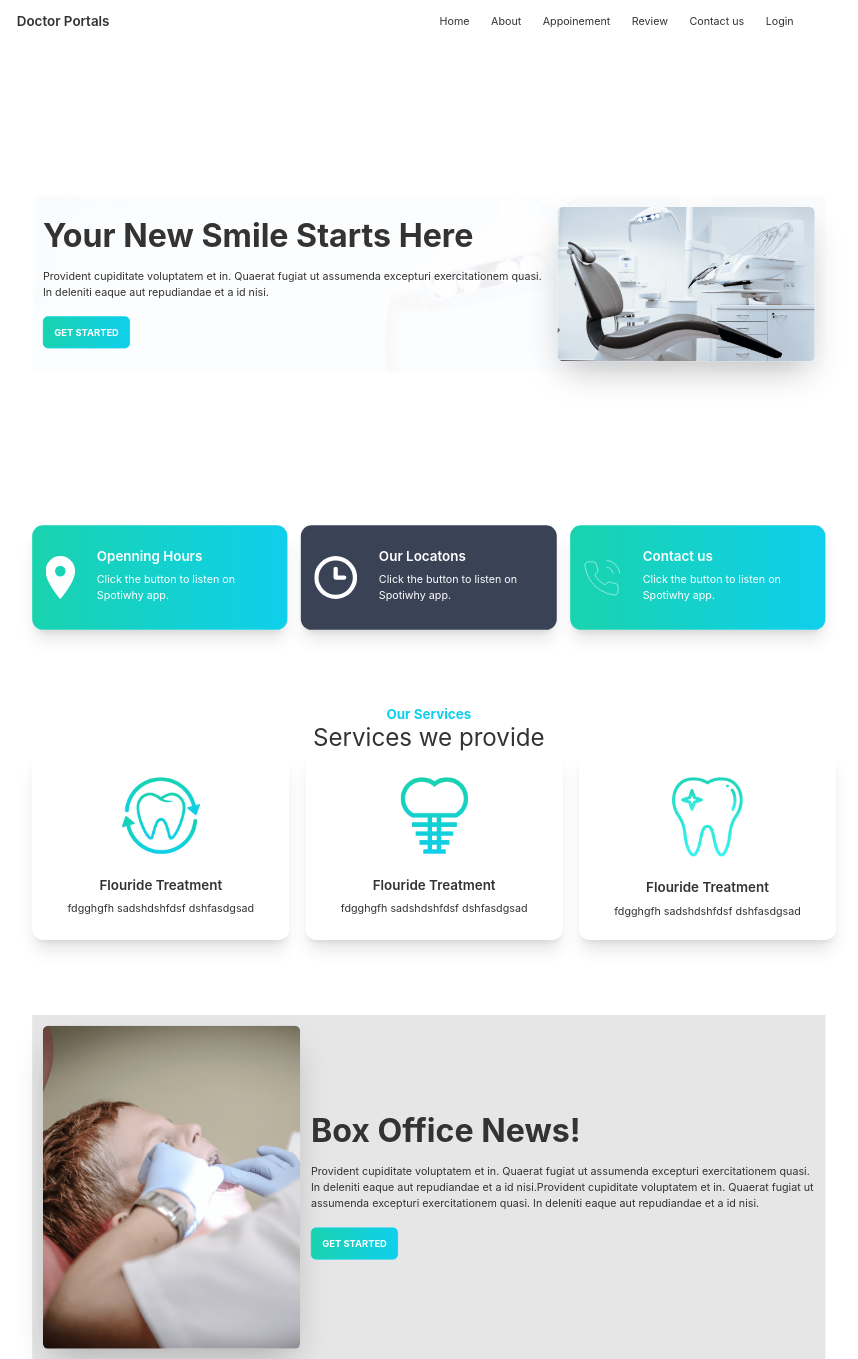
Repository: devsajid/doctors-portal-client
Page: /
These files come from the project's save history. The page is drawn as it stood at one moment and after the next save; the edit follows.
The browser window is 1280 px wide. The pictures show the whole page, at 67% of full size.
Backgrounds fixed to the window are drawn as part of the page. The project was rebuilt for these pictures with package versions that can differ from the ones it lists, and the page was loaded fresh each time. Also part of the build but not shown: src/App.css, src/Pages/About/About.js, src/Pages/Appoinment/Appoinment.js, src/Pages/Contact/Contact.js, src/Pages/Login/Login.js, src/Pages/Review/Review.js.

Above is the page before, as saved 2022-08-05 22:37:29.

### src/index.js
import React from "react";
import ReactDOM from "react-dom/client";
import "./index.css";
import App from "./App";
import reportWebVitals from "./reportWebVitals";
import { BrowserRouter } from "react-router-dom";
const root = ReactDOM.createRoot(document.getElementById("root"));
root.render(
  <React.StrictMode>
    <BrowserRouter>
      <App />
    </BrowserRouter>
  </React.StrictMode>
);

reportWebVitals();

### src/App.js
import "./App.css";
import Navbar from "./Pages/Home/Share/Navbar/Navbar";
import { Routes, Route } from "react-router-dom";
import Home from "./Pages/Home/Home";
import About from "./Pages/About/About";
import Appoinement from "./Pages/Appoinment/Appoinment";
import Contact from "./Pages/Contact/Contact";
import Login from "./Pages/Login/Login";
import Review from "./Pages/Review/Review";
function App() {
  return (
    <div>
      <Navbar></Navbar>
      <Routes>
        <Route path="/" element={<Home />} />
        <Route path="about" element={<About />} />
        <Route path="appoinement" element={<Appoinement />} />
        <Route path="contact" element={<Contact />} />
        <Route path="login" element={<Login />} />
        <Route path="review" element={<Review />} />
      </Routes>
    </div>
  );
}

export default App;

### src/Pages/Home/Share/Navbar/Navbar.js
import React from "react";
import { Link } from "react-router-dom";

const Navbar = () => {
  const menuItem = (
    <>
      {" "}
      <li>
        <Link to="/">Home</Link>
      </li>
      <li>
        <Link to="about">About</Link>
      </li>
      <li>
        <Link to="appoinement">Appoinement</Link>
      </li>
      <li>
        <Link to="review">Review</Link>
      </li>
      <li>
        <Link to="contact">Contact us</Link>
      </li>
      <li>
        <Link to="login">Login</Link>
      </li>
    </>
  );
  return (
    <div>
      <div class="navbar   bg-base-100">
        <div class="navbar-start">
          <div class="dropdown">
            <label tabindex="0" class="btn btn-ghost lg:hidden">
              <svg
                xmlns="http://www.w3.org/2000/svg"
                class="h-5 w-5"
                fill="none"
                viewBox="0 0 24 24"
                stroke="currentColor"
              >
                <path
                  stroke-linecap="round"
                  stroke-linejoin="round"
                  stroke-width="2"
                  d="M4 6h16M4 12h8m-8 6h16"
                />
              </svg>
            </label>
            <ul
              tabindex="0"
              class="menu menu-compact dropdown-content mt-3 p-2 shadow bg-base-100 rounded-box w-52"
            >
              {menuItem}
            </ul>
          </div>
          <a class="btn btn-ghost normal-case text-xl">Doctor Portals</a>
        </div>
        <div class="navbar-center hidden lg:flex">
          <ul class="menu menu-horizontal p-0">{menuItem}</ul>
        </div>
      </div>
    </div>
  );
};

export default Navbar;

### src/Pages/Home/Home.js
import React from "react";
import Services from "../Services/Services";
import Terms from "../Terms/Terms";
import Banner from "./Banner/Banner";
import Info from "./Info/Info";

const Home = () => {
  return (
    <div className="px-12">
      <Banner></Banner>
      <Info></Info>
      <Services></Services>
      <Terms></Terms>
    </div>
  );
};

export default Home;

### src/Pages/Services/Services.js
import React from "react";
import fluoride from "../../assets/images/fluoride.png";
import cavity from "../../assets/images/cavity.png";
import whitening from "../../assets/images/whitening.png";
import Service from "./Service";
const Services = () => {
  const services = [
    {
      _id: 1,
      name: "Flouride Treatment",
      description: "fdgghgfh sadshdshfdsf dshfasdgsad",
      img: fluoride,
    },
    {
      _id: 2,
      name: "Flouride Treatment",
      description: "fdgghgfh sadshdshfdsf dshfasdgsad",
      img: cavity,
    },
    {
      _id: 3,
      name: "Flouride Treatment",
      description: "fdgghgfh sadshdshfdsf dshfasdgsad",
      img: whitening,
    },
  ];
  return (
    <div className="my-28">
      <div className="text-center">
        <h3 className="text-primary text-xl font-bold upparecase">
          Our Services
        </h3>
        <h1 className="text-4xl">Services we provide</h1>
      </div>
      <div className="grid sm:grid-cols-1 md:grid-cols-2 lg:grid-cols-3 gap-10">
        {" "}
        {services.map((service) => (
          <Service key={service._id} service={service}></Service>
        ))}
      </div>
    </div>
  );
};

export default Services;

### src/Pages/Terms/Terms.js
import React from "react";
import treatment from "../../assets/images/treatment.png";
import PrimaryButton from "../Home/Share/Navbar/PrimaryButton/PrimaryButton";
const Terms = () => {
  return (
    <div class="hero  bg-base-200">
      <div class="hero-content pl- flex-col lg:flex-row">
        <img
          src={treatment}
          class="max-w-sm rounded-lg shadow-2xl"
          alt="treatmaent"
        />
        <div>
          <h1 class="text-5xl font-bold">Box Office News!</h1>
          <p class="py-6">
            Provident cupiditate voluptatem et in. Quaerat fugiat ut assumenda
            excepturi exercitationem quasi. In deleniti eaque aut repudiandae et
            a id nisi.Provident cupiditate voluptatem et in. Quaerat fugiat ut
            assumenda excepturi exercitationem quasi. In deleniti eaque aut
            repudiandae et a id nisi.
          </p>
          <PrimaryButton></PrimaryButton>
        </div>
      </div>
    </div>
  );
};

export default Terms;

### src/Pages/Home/Banner/Banner.js
import React from "react";
import chair from "../../../assets/images/chair.png";
import bg from "../../../assets/images/bg.png";
import PrimaryButton from "../Share/Navbar/PrimaryButton/PrimaryButton";
const Banner = () => {
  return (
    <div>
      <div class="hero min-h-screen ">
        <div
          class="hero-content bg-fixed flex-col lg:flex-row-reverse"
          style={{ backgroundImage: `url(${bg})` }}
        >
          <img src={chair} class="max-w-sm rounded-lg shadow-2xl" />
          <div>
            <h1 class="text-5xl font-bold">Your New Smile Starts Here</h1>
            <p class="py-6">
              Provident cupiditate voluptatem et in. Quaerat fugiat ut assumenda
              excepturi exercitationem quasi. In deleniti eaque aut repudiandae
              et a id nisi.
            </p>
            <PrimaryButton></PrimaryButton>
          </div>
        </div>
      </div>
    </div>
  );
};

export default Banner;

### src/Pages/Home/Info/Info.js
import React from "react";
import InfoCard from "../Info/InfoCard";
import clock from "../../../assets/icons/clock.svg";
import marker from "../../../assets/icons/marker.svg";
import phone from "../../../assets/icons/phone.svg";
const Info = () => {
  return (
    <div className="grid grid-cols-1 lg:grid-cols-3 gap-5 ">
      <InfoCard
        cardTitle="Openning Hours"
        bgClass="bg-gradient-to-r from-secondary to-primary"
        img={marker}
      ></InfoCard>
      <InfoCard
        cardTitle="Our Locatons"
        bgClass="bg-accent"
        img={clock}
      ></InfoCard>
      <InfoCard
        cardTitle="Contact us"
        bgClass="bg-gradient-to-r from-secondary to-primary"
        img={phone}
      ></InfoCard>
    </div>
  );
};

export default Info;

### src/Pages/Services/Service.js
import React from "react";

const Service = ({ service }) => {
  return (
    <div class="card lg:max-w-lg w-96 bg-base-100 shadow-xl">
      <figure class="px-10 pt-10">
        <img src={service.img} alt="Shoes" class="rounded-xl" />
      </figure>
      <div class="card-body items-center text-center">
        <h2 class="card-title">{service.name}</h2>
        <p>{service.description}</p>
      </div>
    </div>
  );
};

export default Service;

### src/Pages/Home/Share/Navbar/PrimaryButton/PrimaryButton.js
import React from "react";

const PrimaryButton = () => {
  return (
    <div>
      <button class="btn btn-primary uppercase text-white font-bold bg-gradient-to-r from-secondary to-primary">
        Get Started
      </button>{" "}
    </div>
  );
};

export default PrimaryButton;

### src/Pages/Home/Info/InfoCard.js
import React from "react";

const InfoCard = ({ img, cardTitle, bgClass }) => {
  return (
    <div class={`card lg:card-side shadow-xl ${bgClass}`}>
      <figure className="pl-5">
        <img src={img} alt="Album" />
      </figure>
      <div class="card-body text-white">
        <h2 class="card-title">{cardTitle}</h2>
        <p>Click the button to listen on Spotiwhy app.</p>
        <div class="card-actions justify-end"></div>
      </div>
    </div>
  );
};

export default InfoCard;

### tailwind.config.js
/** @type {import('tailwindcss').Config} */
module.exports = {
  content: ["./src/**/*.{html,js}"],
  theme: {
    extend: {},
  },
  daisyui: {
    themes: [
      {
        doctortheme: {
          primary: "#0fcfec",
          secondary: "#19D3AE",
          accent: "#3A4256",
          neutral: "#3d4451",
          "base-100": "#ffffff",
        },
      },
      "dark",
      "cupcake",
    ],
  },
  plugins: [require("daisyui")],
};

Loaded but not shown: public/index.html (common file); src/index.css (common file); src/reportWebVitals.js (common file)

After the next save:
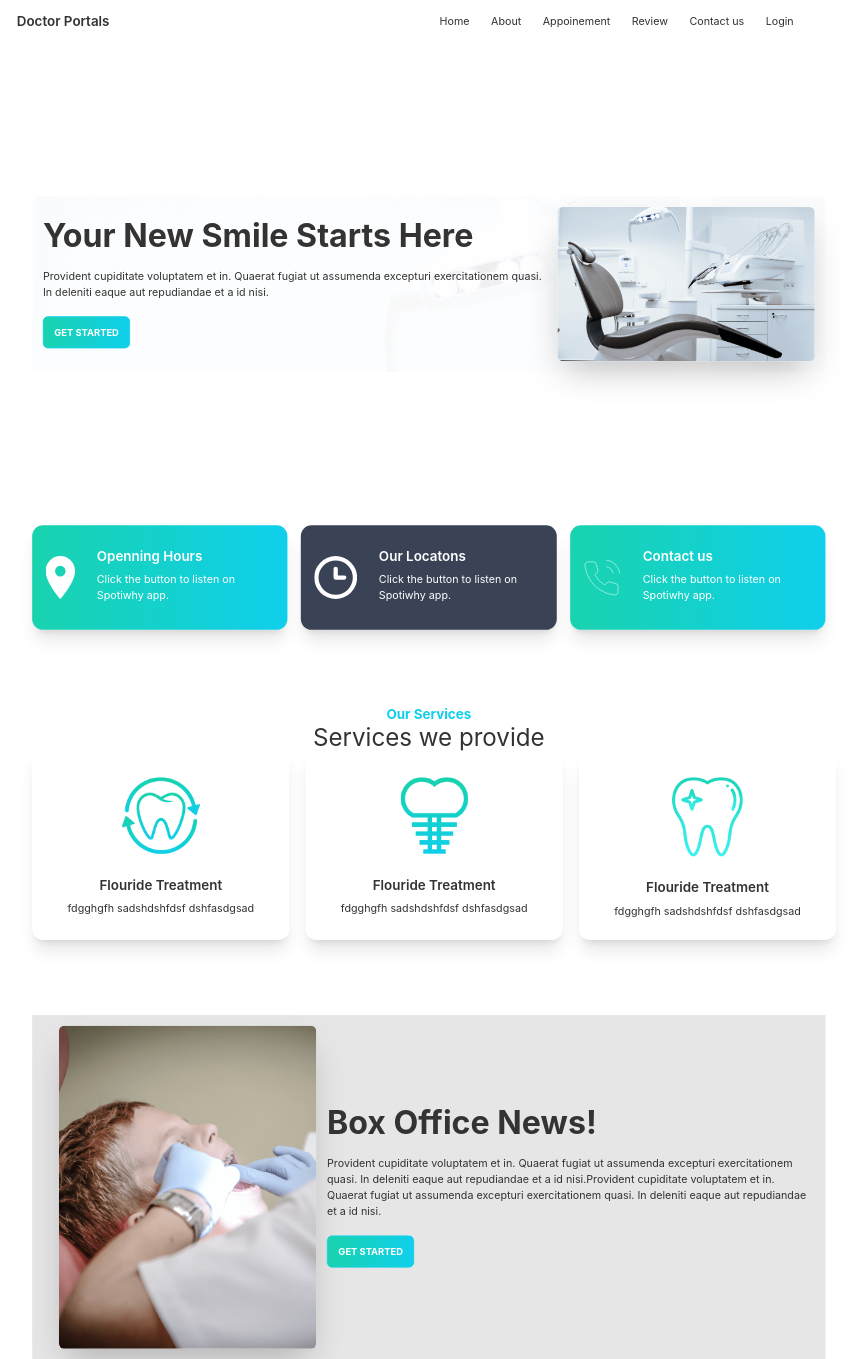
Saved 4 s later.
--- a/src/Pages/Terms/Terms.js
+++ b/src/Pages/Terms/Terms.js
@@ -4,7 +4,7 @@
 const Terms = () => {
   return (
     <div class="hero  bg-base-200">
-      <div class="hero-content pl- flex-col lg:flex-row">
+      <div class="hero-content pl-10 flex-col lg:flex-row">
         <img
           src={treatment}
           class="max-w-sm rounded-lg shadow-2xl"

After the 2 saves that followed:
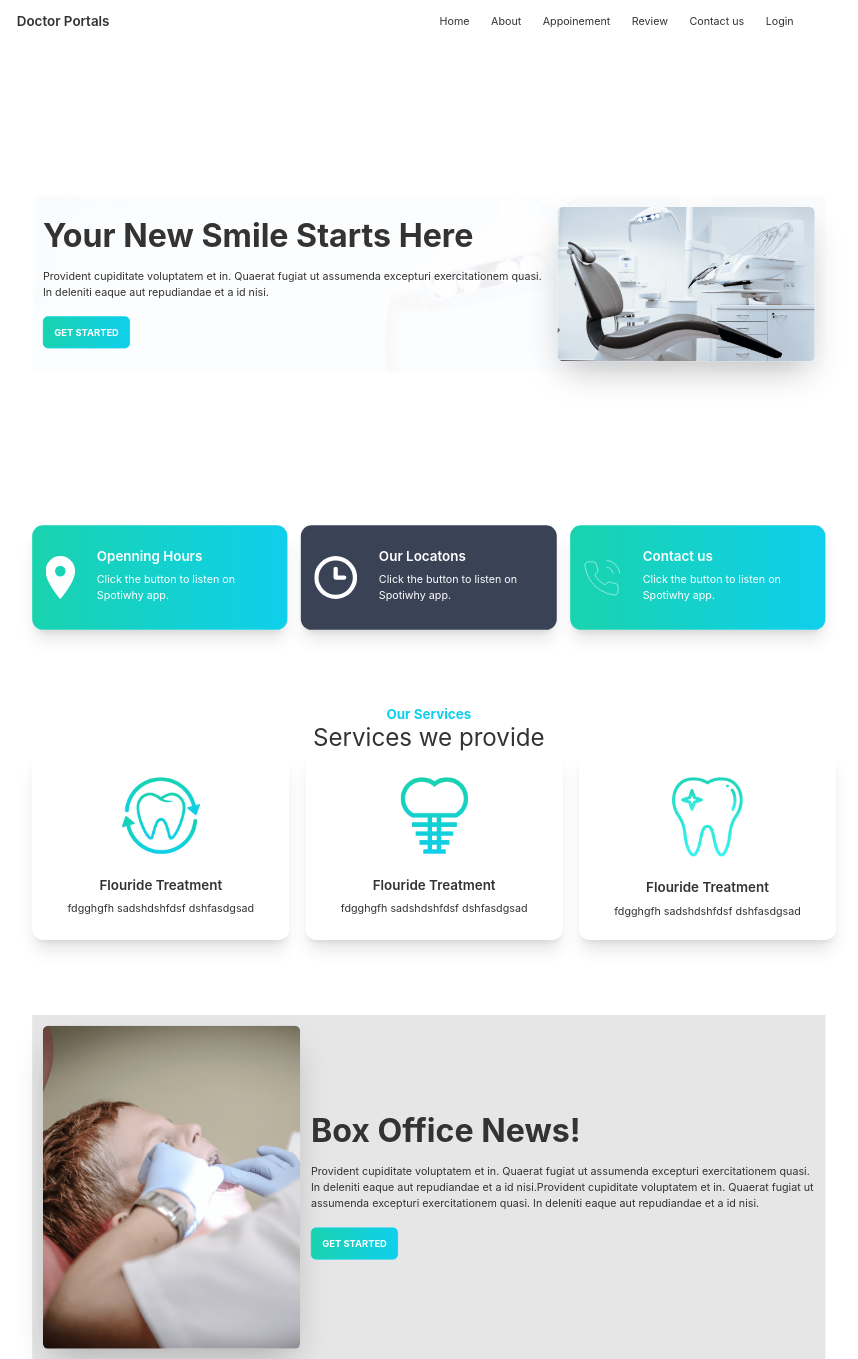
The 2 saves are shown as one change because they came seconds apart.
The last was saved 15 s later.
--- a/src/Pages/Terms/Terms.js
+++ b/src/Pages/Terms/Terms.js
@@ -4,7 +4,7 @@
 const Terms = () => {
   return (
     <div class="hero  bg-base-200">
-      <div class="hero-content pl-10 flex-col lg:flex-row">
+      <div class="hero-content pl-30 flex-col lg:flex-row">
         <img
           src={treatment}
           class="max-w-sm rounded-lg shadow-2xl"
